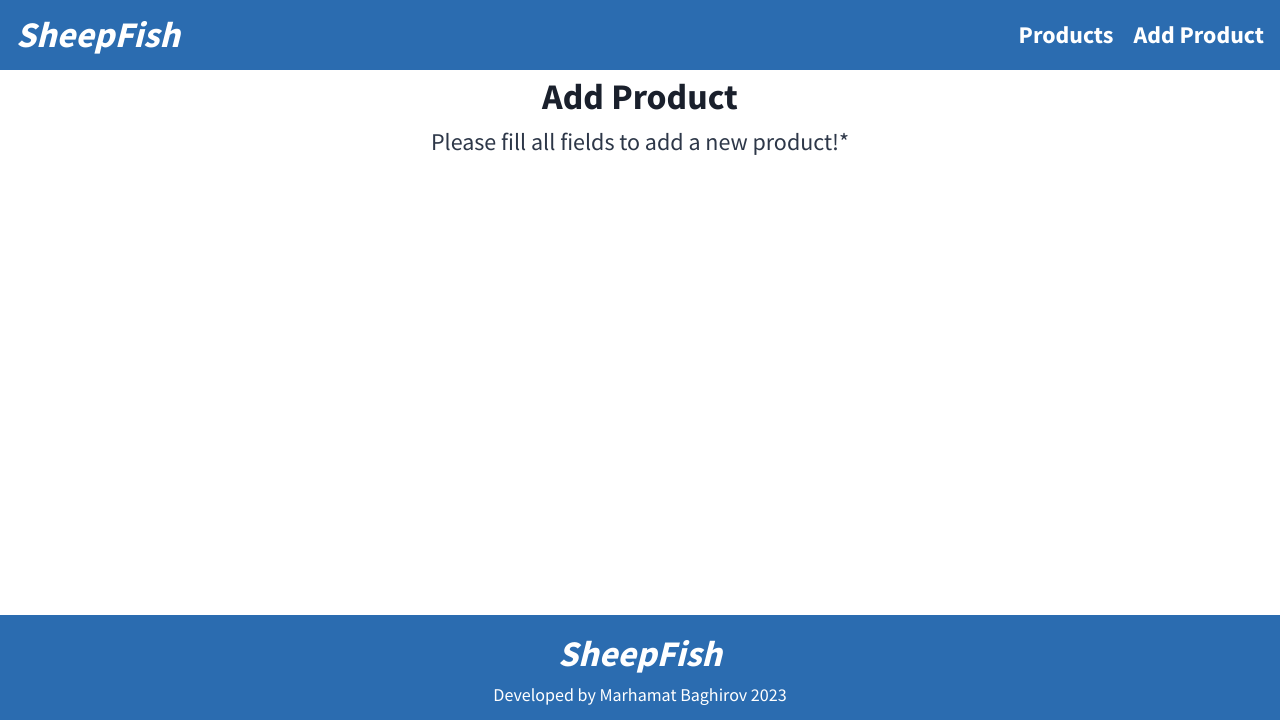
Repository: Marhamat92/sheep-fish-task
Page: /products/add
The author's editor kept a copy of each file at every save. The page is drawn from the files as they stood at one save, then again after the next save.
The browser window is 1280 px wide. The pictures show the whole page.
The project was rebuilt for these pictures with package versions that can differ from the ones it lists, and the page was loaded fresh each time. Also part of the build but not shown: src/App.css, src/components/SearchField.tsx, src/components/ListTable.tsx, src/pages/Products/ProductList.tsx.

Above is the page before, as saved 2023-03-28 19:40:05.

### public/index.html
<!DOCTYPE html>
<html lang="en">

<head>
  <meta charset="utf-8" />
  <link rel="icon" href="%PUBLIC_URL%/favicon.ico" />
  <meta name="viewport" content="width=device-width, initial-scale=1" />
  <meta name="theme-color" content="#000000" />
  <meta name="description" content="Web site created using create-react-app" />
  <link rel="apple-touch-icon" href="%PUBLIC_URL%/logo192.png" />
  <link rel="preconnect" href="https://fonts.googleapis.com">
  <link rel="preconnect" href="https://fonts.gstatic.com" crossorigin>
  <link href="https://fonts.googleapis.com/css2?family=Source+Sans+Pro:wght@200;300;400;600;700;900&display=swap"
    rel="stylesheet">
  <!--
      manifest.json provides metadata used when your web app is installed on a
      user's mobile device or desktop. See https://developers.google.com/web/fundamentals/web-app-manifest/
    -->
  <link rel="manifest" href="%PUBLIC_URL%/manifest.json" />
  <!--
      Notice the use of %PUBLIC_URL% in the tags above.
      It will be replaced with the URL of the `public` folder during the build.
      Only files inside the `public` folder can be referenced from the HTML.

      Unlike "/favicon.ico" or "favicon.ico", "%PUBLIC_URL%/favicon.ico" will
      work correctly both with client-side routing and a non-root public URL.
      Learn how to configure a non-root public URL by running `npm run build`.
    -->
  <title>SheepFish</title>
</head>

<body>
  <noscript>You need to enable JavaScript to run this app.</noscript>
  <div id="root"></div>
  <!--
      This HTML file is a template.
      If you open it directly in the browser, you will see an empty page.

      You can add webfonts, meta tags, or analytics to this file.
      The build step will place the bundled scripts into the <body> tag.

      To begin the development, run `npm start` or `yarn start`.
      To create a production bundle, use `npm run build` or `yarn build`.
    -->
</body>

</html>

### src/index.css
@tailwind base;
@tailwind components;
@tailwind utilities;


body {
  font-family: 'Source Sans Pro', sans-serif;
}

code {
  font-family: 'Source Sans Pro', sans-serif;
}

### src/App.tsx
import React from "react";
import logo from "./logo.svg";
import "./App.css";
import Header from "./components/Header";
import Layout from "./Layout/Layout";
import BaseRouter from "./routes";

function App() {
  return (
    <div>
      <Layout>
        <BaseRouter />
      </Layout>
    </div>
  );
}

export default App;

### src/Layout/Layout.tsx
import React from "react";
import Header from "../components/Header";
import Footer from "../components/Footer";

type Props = {
  children: React.ReactNode;
};

const Layout = ({ children }: Props) => {
  return (
    <div>
      <Header />
      {children}
      <Footer />
    </div>
  );
};

export default Layout;

### src/routes.js
import { Route, Routes } from "react-router-dom";
import React from "react";
import ProductList from "./pages/Products/ProductList";
import AddProduct from "./pages/Products/AddProduct";

const BaseRouter = () => (
  <Routes>
    <Route exact path="/" element={
      <ProductList />
    } />
    <Route exact path="/products"
      element={
        <ProductList />
      }
    />
    <Route exact path="/products/add" element={
      <AddProduct />
    } />
  </Routes>
);

export default BaseRouter;

### src/components/Header.tsx
import React, { useEffect, useState } from "react";
import { Link } from "react-router-dom";
import { BiMenu } from "react-icons/bi";

type Props = {};

const Header = (props: Props) => {
  const [mobileMenu, setMobileMenu] = useState(false);
  const [showMobileMenu, setShowMobileMenu] = useState(false);

  const checkScreenSize = () => {
    if (window.innerWidth <= 768) {
      setMobileMenu(true);
    } else {
      setMobileMenu(false);
      setShowMobileMenu(false);
    }
  };

  useEffect(() => {
    checkScreenSize();
    window.addEventListener("resize", checkScreenSize);
    return () => {
      window.removeEventListener("resize", checkScreenSize);
    };
  }, [mobileMenu]);

  return (
    <div className=' bg-mainPrimary '>
      <div className='container flex flex-row justify-between items-center py-2'>
        <div>
          <h1
            className='
            text-4xl font-bold text-white italic
          '
          >
            SheepFish
          </h1>
        </div>
        {mobileMenu ? (
          <BiMenu
            onClick={() => {
              setShowMobileMenu(true);
            }}
            className='text-3xl text-white'
          />
        ) : (
          <div className='flex flex-row justify-between space-x-5'>
            <Link to='/products'>
              <div
                className='text-2xl font-bold text-white hover:underline transition-all duration-300
          cursor-pointer'
              >
                Products
              </div>
            </Link>
            <Link to='/products/add'>
              <div className='text-2xl font-bold text-white hover:underline transition-all duration-300 cursor-pointer'>
                Add Product
              </div>
            </Link>
          </div>
        )}
        {showMobileMenu && (
          <div className='bg-mainTertiary h-screen absolute top-0 left-0 right-0 '>
            <div className='flex flex-col justify-center items-center'>
              <div className='text-2xl font-bold text-white hover:underline transition-all duration-300 cursor-pointer'>
                Products
              </div>
              <div className='text-2xl font-bold text-white hover:underline transition-all duration-300 cursor-pointer'>
                Add Product
              </div>
            </div>
          </div>
        )}
      </div>
    </div>
  );
};

export default Header;

### src/components/Footer.tsx
import React from "react";

type Props = {};

const Footer = ({}: Props) => {
  return (
    <div className='bg-mainPrimary py-3 absolute bottom-0 w-full'>
      <div className='container mx-auto flex flex-col items-center justify-center'>
        <h1 className='text-4xl font-bold text-white italic text-center'>
          SheepFish
        </h1>
        <p className='text-white font-regular text-lg text-center'>
          Developed by Marhamat Baghirov {new Date().getFullYear()}
        </p>
      </div>
    </div>
  );
};

export default Footer;

### src/pages/Products/AddProduct.tsx
import React from "react";

type Props = {};

const AddProduct = (props: Props) => {
  return (
    <div>
      <div className='flex flex-col items-center justify-center '>
        <h1 className='text-4xl font-bold text-textPrimary'>Add Product</h1>
        <p className='text-textSecondary text-2xl'>
          Please fill all fields to add a new product!*
        </p>
      </div>
    </div>
  );
};

export default AddProduct;

### tailwind.config.js
/** @type {import('tailwindcss').Config} */
module.exports = {
  content: ["./src/**/*.{js,jsx,ts,tsx}",],
  theme: {
    extend: {
      colors: {
        "textPrimary": "#1a202c",
        "textSecondary": "#2d3748",
        "textTertiary": "#4a5568",
        "mainPrimary": "#2b6cb0",
        "mainSecondary": "#4299e1",
        "mainTertiary": "#63b3ed",
        "success": "#48bb78",
        "danger": "#e53e3e",
        "warning": "#dd6b20",
        "info": "#3182ce",
        "light": "#f7fafc",
        "dark": "#1a202c",
        "white": "#fff",
        "black": "#000",
        //close this
      },
      fontFamily: {
        sans: ["Roboto", "sans-serif"],
      },
      fontSize: {
        "xs": ".75rem",
        "sm": ".875rem",
        "tiny": ".875rem",
        "base": "1rem",
        "lg": "1.125rem",
        "xl": "1.25rem",
        "2xl": "1.5rem",
        "3xl": "1.875rem",
        "4xl": "2.25rem",
        "5xl": "3rem",
        "6xl": "4rem",
        "7xl": "5rem",
        "8xl": "6rem",
        "9xl": "7rem",
        "10xl": "8rem",
      },
      spacing: {
        "0": "0",
        "1": "0.25rem",
        "2": "0.5rem",
        "3": "0.75rem",
        "4": "1rem",
        "5": "1.25rem",
        "6": "1.5rem",
        "8": "2rem",
      },
      boxShadow: {
        "xs": "0 0 0 1px rgba(0, 0, 0, 0.05)",
        "sm": "0 1px 2px 0 rgba(0, 0, 0, 0.05)",
        "default": "0 1px 3px 0 rgba(0, 0, 0, 0.1), 0 1px 2px 0 rgba(0, 0, 0, 0.06)",
        "md": "0 4px 6px -1px rgba(0, 0, 0, 0.1), 0 2px 4px -1px rgba(0, 0, 0, 0.06)",
        "lg": "0 10px 15px -3px rgba(0, 0, 0, 0.1), 0 4px 6px -2px rgba(0, 0, 0, 0.05)",
        "xl": "0 20px 25px -5px rgba(0, 0, 0, 0.1), 0 10px 10px -5px rgba(0, 0, 0, 0.04)",
        "2xl": "0 25px 50px -12px rgba(0, 0, 0, 0.25)",
      },
      screens: {
        "xs": "320px",
        "sm": "640px",
        "md": "768px",
        "lg": "1024px",
        "xl": "1280px",
        "2xl": "1536px",
      },

      container: {
        center: true,
        padding: "1rem",
      },

    },
    plugins: [




    ],
  }
}

Loaded but not shown: src/index.tsx (common file); src/reportWebVitals.ts (common file)

After the next save:
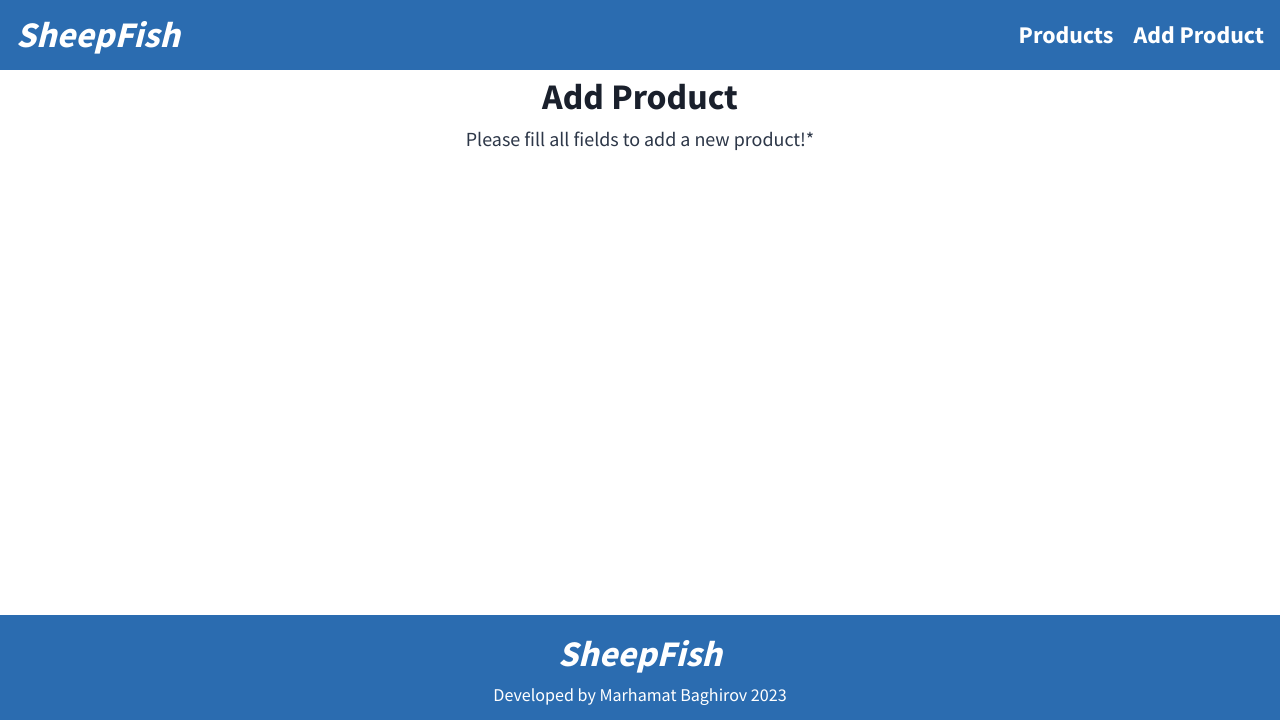
Saved 5 s later.
--- a/src/pages/Products/AddProduct.tsx
+++ b/src/pages/Products/AddProduct.tsx
@@ -7,7 +7,7 @@
     <div>
       <div className='flex flex-col items-center justify-center '>
         <h1 className='text-4xl font-bold text-textPrimary'>Add Product</h1>
-        <p className='text-textSecondary text-2xl'>
+        <p className='text-textSecondary text-xl'>
           Please fill all fields to add a new product!*
         </p>
       </div>
